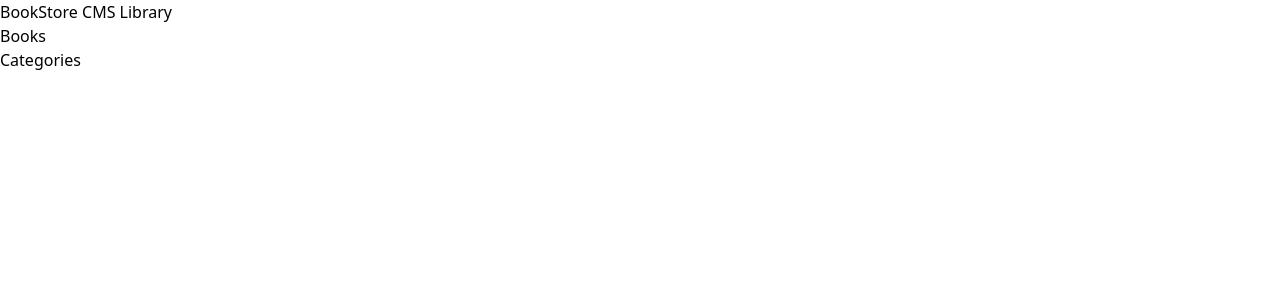
Repository: kennedyowusu/bookstore
Page: /categories
An editor plug-in stored every save of this project. The page is shown before and after a run of saves, followed by the edit.
The browser window is 1280 px wide. The pictures show the whole page.
The project was rebuilt for these pictures with package versions that can differ from the ones it lists, and the page was loaded fresh each time. Also part of the build but not shown: src/Pages/AllBooks.jsx.

Above is the page before, as saved 2023-01-20 22:21:08.

After the next 3 saves:
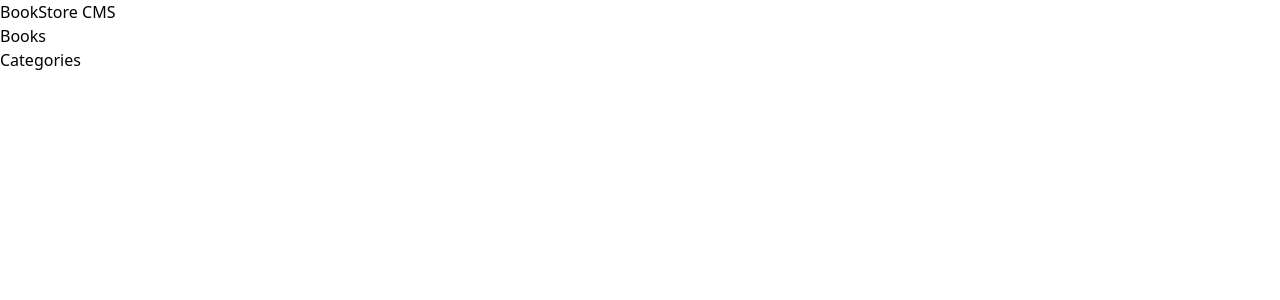
The 3 saves are shown as one change because they came seconds apart.
The last was saved 32 s later.
--- a/src/components/Navbar.jsx
+++ b/src/components/Navbar.jsx
@@ -13,8 +13,7 @@
           flex items-center justify-between
           '
            >
-
-             <span className='text-[#317773]'>BookStore CMS</span> Library{' '}
+             <h2>BookStore CMS</h2>
            </div>
          </div>
 

After the 3 saves that followed:
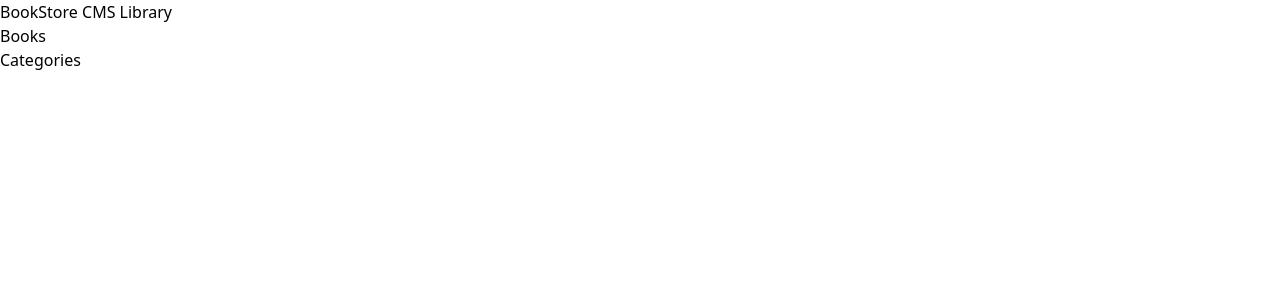
The 3 saves are shown as one change because 1 left the picture as it was and some came seconds apart.
The last was saved 45 s later.
--- a/src/components/Navbar.jsx
+++ b/src/components/Navbar.jsx
@@ -5,7 +5,7 @@
 const Navbar = () => {
  return (
    <div>
-     <nav className='bg-teal-600'>
+     <nav className='bg-[#ccc]-600'>
        <div className='md:flex items-center justify-between bg-white py-4 md:py-5 md:px-14'>
          <div className='font-bold text-2xl cursor-pointer flex items-center font-[Poppins] text-gray-800 justify-between px-5'>
            <div
@@ -13,7 +13,8 @@
           flex items-center justify-between
           '
            >
-             <h2>BookStore CMS</h2>
+
+             <span className='text-[#317773]'>BookStore CMS</span> Library{' '}
            </div>
          </div>
 
